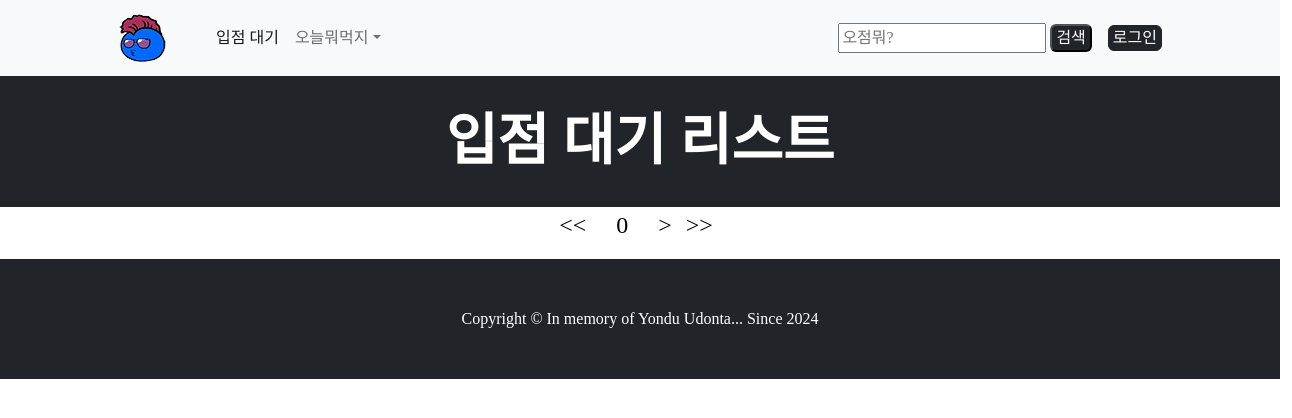
Repository: ashwan94/ydzone
Page: http://localhost/YonduZone/restaurant/vote
These files come from the project's save history. The page is drawn as it stood at one moment and after the next save; the edit follows.
The browser window is 1280 px wide. The page is 1292 px wide, so the pictures cover 1292 px, including what lies to the right of the window. The pictures show the whole page.
Some web fonts or font styles are not loaded; a fallback is used. The page is served by Tomcat 9. Other server files are loaded and not shown.

Above is the page before, as saved 2024-05-01 22:53:36.

### YonduZone/src/main/webapp/WEB-INF/views/restaurant/stanby.jsp
<%@ page language="java" contentType="text/html; charset=UTF-8"
    pageEncoding="UTF-8"%>
<%@ taglib prefix="c" uri="http://java.sun.com/jsp/jstl/core"%>

<jsp:include page="/WEB-INF/views/common/header.jsp">
	<jsp:param value="당신의 선택!" name="title"/>
	<jsp:param value="입점 대기 리스트" name="center"/>
</jsp:include>
<style>
	.voteCheck:hover{
		transform:rotate(45deg);
	}
</style>

<c:forEach var="list" items="${stanbyList}">
</div>
<div class="mt-3"></div>
	<div class="row mt-3">
		<div class="col-3"></div>
			<c:if test="${sessionScope.user.no == list.userNo }">
				<c:choose>
					<c:when test="${list.boom == 1}">
						<div class="col-6 row border rounded bg-primary">
					<div class="col-4 text-center" style="height:10vh;">
						<img class="rounded mt-2" src="${pageContext.request.contextPath }/Source/Restaurant_images/${list.fileName}" style="width:200px; height:150px; margin:2.5%;" alt="${list.fileName }"/>
						<h4 class="mt-1 btn btn-warning fs-5">${list.restaurantName }</h4>
					</div>

					<div class="col-7 m-3">
						<table class="text-center">
							<tr>
								<th>한 줄 소개</th>
								<td>${list.intro }</td>
							</tr>
							<tr>
								<th>대표 메뉴</th>
								<td>${list.menuName }</td>
							</tr>
							<tr>
								<th>가격</th>
								<td class="price">${list.price }</td>
							</tr>
							<tr>
								<th>영업 시간</th>
								<td>${list.open }</td>
							</tr>
							<tr>
								<th>연락처</th>
								<td>${list.tel }</td>
							</tr>
							<tr>
								<th>편의</th>
								<td>${list.details }</td>
							</tr>
						</table>
					</div>
					<div class="row"></div>
						<div class="col-5"></div>
							<div class="col-7 mb-3">
								<a href="/restaurant/vote?rstNo=${list.no }&userNo=${sessionScope.user.no}&boom=1&type=dislike" class="align-self-center py-2 voteCheck"><img src="${pageContext.request.contextPath }/Source/icons/dislike.png">${list.vote }</a>
					</c:when>
					<c:otherwise>
						<div class="col-6 row border rounded bg-danger">
					<div class="col-4 text-center" style="height:10vh;">
						<img class="rounded mt-2" src="${pageContext.request.contextPath }/Source/Restaurant_images/${list.fileName}" style="width:200px; height:150px; margin:2.5%;" alt="${list.fileName }"/>
						<h4 class="mt-1 btn btn-warning fs-5">${list.restaurantName }</h4>
					</div>

					<div class="col-7 m-3">
						<table class="text-center">
							<tr>
								<th>한 줄 소개</th>
								<td>${list.intro }</td>
							</tr>
							<tr>
								<th>대표 메뉴</th>
								<td>${list.menuName }</td>
							</tr>
							<tr>
								<th>가격</th>
								<td class="price">${list.price }</td>
							</tr>
							<tr>
								<th>영업 시간</th>
								<td>${list.open }</td>
							</tr>
							<tr>
								<th>연락처</th>
								<td>${list.tel }</td>
							</tr>
							<tr>
								<th>편의</th>
								<td>${list.details }</td>
							</tr>
						</table>
					</div>
					<div class="row"></div>
						<div class="col-5"></div>
							<div class="col-7 mb-3">
								<a href="/restaurant/vote?rstNo=${list.no }&userNo=${sessionScope.user.no}&boom=1&type=like" class="align-self-center py-2 voteCheck likeBtn"><img src="${pageContext.request.contextPath }/Source/icons/like.png">${list.vote }</a>
					</c:otherwise>
				</c:choose>
			</c:if>

			<c:if test="${sessionScope.user.no != list.userNo }">
				<div class="col-6 row border rounded">
					<div class="col-4 text-center" style="height:10vh;">
						<img class="rounded mt-2" src="${pageContext.request.contextPath }/Source/Restaurant_images/${list.fileName}" style="width:200px; height:150px; margin:2.5%;" alt="${list.fileName }"/>
						<h4 class="mt-1 btn btn-warning fs-5">${list.restaurantName }</h4>
					</div>

					<div class="col-7 m-3">
						<table class="text-center">
							<tr>
								<th>한 줄 소개</th>
								<td>${list.intro }</td>
							</tr>
							<tr>
								<th>대표 메뉴</th>
								<td>${list.menuName }</td>
							</tr>
							<tr>
								<th>가격</th>
								<td class="price">${list.price }</td>
							</tr>
							<tr>
								<th>영업 시간</th>
								<td>${list.open }</td>
							</tr>
							<tr>
								<th>연락처</th>
								<td>${list.tel }</td>
							</tr>
							<tr>
								<th>편의</th>
								<td>${list.details }</td>
							</tr>
						</table>
					</div>
					<div class="row"></div>
						<div class="col-5"></div>
							<div class="col-7 mb-3">
								<a href="/restaurant/vote?rstNo=${list.no }&userNo=${sessionScope.user.no}&boom=1&type=like" class="align-self-center py-2 voteCheck likeBtn"><img src="${pageContext.request.contextPath }/Source/icons/like.png">${list.vote }</a>
								<a href="/restaurant/vote?rstNo=${list.no }&userNo=${sessionScope.user.no}&boom=2&type=dislike" class="align-self-center py-2 voteCheck disLikeBtn"><img src="${pageContext.request.contextPath }/Source/icons/dislike.png">${list.vote }</a>
			</c:if>
		<div class="col-2"></div>
		</div>
	</div>
</c:forEach>

<div class="row mb-3 text-center fs-4">
<div class="col-4"></div>
<div class="col-4">
<!-- 페이지 링크 -->
<a href="/restaurant/stanby?currentPageNo=1" class="me-2">&lt;&lt;</a>
<c:if test="${pagination.currentPageNo > 1 }">
	<a href="/restaurant/stanby?currentPageNo=${pagination.currentPageNo - 1 }" class="mx-2 text-primary">&lt;</a>
</c:if>
<!-- 디자이너가 작업할 수 있도록 조치함 -->
<!-- 표시할 게시물이 없으면 '이전' button 을 표시는 하지만, 작동하지 않도록 조치 -->
<c:if test="${pagination.currentPageNo <= 1 }">
	<a href="#" class="mx-2">&lt;</a>
</c:if>

<c:forEach begin="${pagination.firstPageNoOnPageList }" end="${pagination.lastPageNoOnPageList }" var="pageNo">
	<a href="/restaurant/stanby?currentPageNo=${pageNo }" class="mx-3">${pageNo }</a>
</c:forEach>

<c:if test="${pagination.currentPageNo < pagination.totalPageCount}">
	<a href="/restaurant/stanby?currentPageNo=${pagination.currentPageNo + 1 }" class="mx-2">&gt;</a>
</c:if>

<!-- 디자이너가 작업할 수 있도록 조치함 -->
<!-- 표시할 게시물이 없으면 '다음' button 을 표시는 하지만, 작동하지 않도록 조치 -->
<c:if test="${pagination.currentPageNo >= pagination.totalPageCount }">
	<a href="#" class="mx-2">&gt;</a>
</c:if>
<a href="/restaurant/stanby?currentPageNo=${pagination.totalPageCount }" class="me-2">&gt;&gt;</a>
<div class="col-4"></div>
</div>
</div>
<jsp:include page="/WEB-INF/views/common/footer.jsp"/>

### YonduZone/src/main/webapp/WEB-INF/views/common/header.jsp
<%@ page language="java" contentType="text/html; charset=UTF-8"
	pageEncoding="UTF-8"%>
<%@ taglib prefix="c" uri="http://java.sun.com/jsp/jstl/core"%>
<!DOCTYPE html>
<html lang="en">
<head>
<meta charset="UTF-8">
<meta name="viewport"
	content="width=device-width, initial-scale=1, shrink-to-fit=no" />
<meta name="description" content="" />
<meta name="author" content="" />
<!-- Favicon-->
<link rel="icon" type="image/x-icon" href="assets/favicon.ico" />
<!-- Bootstrap icons-->
<link
	href="https://cdn.jsdelivr.net/npm/bootstrap-icons@1.5.0/font/bootstrap-icons.css"
	rel="stylesheet" />
<!-- Core theme CSS (includes Bootstrap)-->
<link href="/Bootstrap/css/styles.css" rel="stylesheet" />
<title>${param.title }</title>
<style>
	a{
		text-decoration:none;
		color:black;
	}
	a:hover{
		color:rgb(57, 151, 255);
	}

	@font-face {
    font-family: 'SUIT-Regular';
    src: url('https://cdn.jsdelivr.net/gh/projectnoonnu/noonfonts_suit@1.0/SUIT-Regular.woff2') format('woff2');
    font-weight: normal;
    font-style: normal;
	}

	* {
		font-family: 'SUIT-Regular';
	}
</style>

</head>
<body>
	<header>
		<nav class="navbar navbar-expand-lg navbar-light bg-light">
			<div class="container px-4 px-lg-5">
				<a class="navbar-brand" href="/main"><img src="${pageContext.request.contextPath }/Source/header/logo/main_logo.png" alt="Welcome to YouduZone!"></a>
				<button class="navbar-toggler" type="button" data-bs-toggle="collapse" data-bs-target="#navbarSupportedContent" aria-controls="navbarSupportedContent" aria-expanded="false" aria-label="Toggle navigation">
					<span class="navbar-toggler-icon"></span>
				</button>
				<div class="collapse navbar-collapse" id="navbarSupportedContent">
					<ul class="navbar-nav me-auto mb-2 mb-lg-0 ms-lg-4">
						<li class="nav-item">
							<a class="nav-link active" aria-current="page" href="/restaurant/stanby?userNo=${sessionScope.user.no }" data-value="${sessionScope.user.no }" id="stanbyRestaurant">입점 대기</a>
						</li>
						<li class="nav-item dropdown">
                            <a class="nav-link dropdown-toggle" id="navbarDropdown" href="#" role="button" data-bs-toggle="dropdown" aria-expanded="false">오늘뭐먹지</a>
                            <ul class="dropdown-menu text-center" aria-labelledby="navbarDropdown">
                                <li><a class="dropdown-item" href="/restaurant/category?category=밥">밥</a></li>
                                <li><a class="dropdown-item" href="/restaurant/category?category=국/찌개">국/찌개</a></li>
                                <li><a class="dropdown-item" href="/restaurant/category?category=면/분식">면/분식</a></li>
                                <li><a class="dropdown-item" href="/restaurant/category?category=야식">야식</a></li>
                            </ul>
                        </li>
					</ul>

					<form action="/restaurant/search" method="get" class="d-flex">
						<label>
							<input type="text" name="searchWord" placeholder="오점뭐?" id="searchBar">
							<button type="submit" class="badge bg-dark text-white fs-6 rounded-25 p-1 fw-normal me-3">검색</button>
						</label>
					</form>
					<c:choose>
						<c:when test="${not empty sessionScope.user }">
							<a href="/restaurant/add" class="badge d-flex bg-dark text-white mx-2 p-1 rounded-25 fs-6 fw-normal">밥집 추가</a>
							<a href="/user/view"><span class="badge bg-dark text-white p-1 rounded-25 fs-6 fw-normal me-2">${sessionScope.user.nickName } 님</span></a>
							<form action="/logout" method="get">
								<button type="submit" class="d-flex badge bg-dark text-white p-1 rounded-25 fs-6 fw-normal">로그아웃</button>
							</form>
						</c:when>
						<c:otherwise>
							<form action="/login" method="get" class="d-flex">
								<button type="submit" class="badge btn btn-outline-dark bg-dark text-white p-1 rounded-25 fs-6 fw-normal">로그인</button>
							</form>
							<input type="hidden" id="loginCheck" value="${empty sessionScope.user }">
						</c:otherwise>
					</c:choose>
				</div>
			</div>
		</nav>
		<div class="container-fluid bg-dark p-3">
			<div class="text-center text-white my-3">
				<h1 class="display-4 fw-bolder">${param.center }</h1>
				<p class="lead fw-normal text-white-50 mb-0">${param.content }</p>
			</div>
		</div>
	</header>

### YonduZone/src/main/webapp/WEB-INF/views/common/footer.jsp
<%@ page language="java" contentType="text/html; charset=UTF-8"
	pageEncoding="UTF-8"%>
<footer class="py-5 bg-dark">
<div class="container">
	<p class="m-0 text-center text-white">Copyright &copy; In memory of Yondu Udonta... Since 2024</p>
</div>
</footer>
<!-- Bootstrap core JS-->
<script src="https://cdn.jsdelivr.net/npm/bootstrap@5.3.3/dist/js/bootstrap.bundle.min.js"></script>
<!-- Core theme JS-->
<script src="/Bootstrap/js/scripts.js"></script>
<script>
	const priceEl = document.querySelectorAll(".price");

	priceEl.forEach(el => {
		if(el == null) {
			console.log("There are no any price elements");
		} else{
			el.innerText = parseInt(el.innerText).toLocaleString() + "원";
		}
	})

	/* const searchBar = document.querySelector("#searchBar");
	searchBar.select(); */

	const loginCheck = document.querySelector("#loginCheck");
	const stanbyRestaurant = document.querySelector("#stanbyRestaurant");

	stanbyRestaurant.addEventListener("click", function(e) {
		e.preventDefault();

		if(loginCheck) {
			alert("로그인 이후 이용 가능합니다.");
			location.href = "/login";
		}else{
			location.href = "/restaurant/stanby?userNo=" + stanbyRestaurant.getAttribute("data-value");
		}
	})
</script>
</body>
</html>

### YonduZone/src/main/java/restaurant/RestaurantVote.java
package restaurant;

import java.io.IOException;
import java.io.PrintWriter;
import java.net.URLEncoder;

import javax.servlet.ServletContext;
import javax.servlet.ServletException;
import javax.servlet.annotation.WebServlet;
import javax.servlet.http.HttpServlet;
import javax.servlet.http.HttpServletRequest;
import javax.servlet.http.HttpServletResponse;

import org.apache.ibatis.session.SqlSession;
import org.json.simple.JSONObject;

import common.SearchVO;

@WebServlet("/restaurant/vote")
public class RestaurantVote extends HttpServlet {
	private RestaurantService service;

	@Override
	public void init() throws ServletException {
		ServletContext servletContext = getServletContext();
		SqlSession session = (SqlSession) servletContext.getAttribute("sqlSession");
		this.service = new RestaurantService(session);
	}

	protected void doGet(HttpServletRequest request, HttpServletResponse response)
			throws ServletException, IOException {
		String userNoParam = request.getParameter("userNo");
		String rstNoParam = request.getParameter("rstNo");
		String boomParam = request.getParameter("boom");
		String type = request.getParameter("type");
		String msg = "";

		if (rstNoParam != null && userNoParam != null) {
			int result = 0;
			int userNo = Integer.parseInt(userNoParam);
			int rstNo = Integer.parseInt(rstNoParam);
			int boom = Integer.parseInt(boomParam);
			int voteCnt = 0;
			int voteResult = 0;

			// view 에서 전달받은 userNo, rstNo 가 DB 에 유효한 data 인지 check
			SearchVO voteCheck = service.voteCheck(new SearchVO(userNo, rstNo));
			System.out.println("stanby 에서 선택된 <a> data 가 DB 에 있는지 check");
			System.out.println(voteCheck);

			if (voteCheck == null) {
				// USERS 와 RESTAURANT 의 BRIDGE 인 STANBY 에 새로운 data 추가
				int makeBoom = service.makeBoom(new SearchVO(userNo, rstNo));
				System.out.println("STANBY table 에 User 가 선택한 data 저장 성공!");
			}

			if (type.equals("like")) {
				result = service.doLike(new SearchVO(userNo, rstNo));
				voteResult = service.voteUp(rstNo); // Restaurant 의 vote 를 UP
				voteCnt = service.countVote(rstNo); // Restaurant 의 vote 개수 check
				System.out.println("좋아요 처리 완료");

				int updateLog = 0;
				int deleteLog = 0;

				if (voteCnt >= 3) {
					// Restaurant 의 vote 개수가 3개 이상이면 STATE 가 STANBY 인 매장을 ADMIT 으로 변경
					updateLog = service.changeState(rstNo);
				}
			} else {
				result = service.doDislike(new SearchVO(userNo, rstNo));
				voteResult = service.voteDown(rstNo);
				System.out.println("싫어요 처리 완료");
			}

			if (result > 0 && voteResult > 0) {
				response.sendRedirect("/restaurant/stanby?userNo=" + userNo);
			} else {
				msg = URLEncoder.encode("이미 투표하셨습니다.", "UTF-8");
				response.sendRedirect("/restaurant/stanby?msg=" + msg);
			}

		} else {
			msg = "요청하신 정보가 없습니다.";
			request.setAttribute("msg", msg);
			request.getRequestDispatcher("/WEB-INF/views/restaurant/stanby.jsp").forward(request, response);
		}
	}
}

Loaded but not shown: YonduZone/src/main/webapp/Bootstrap/css/styles.css (library); YonduZone/src/main/webapp/Bootstrap/js/scripts.js (common file)

After the next save:
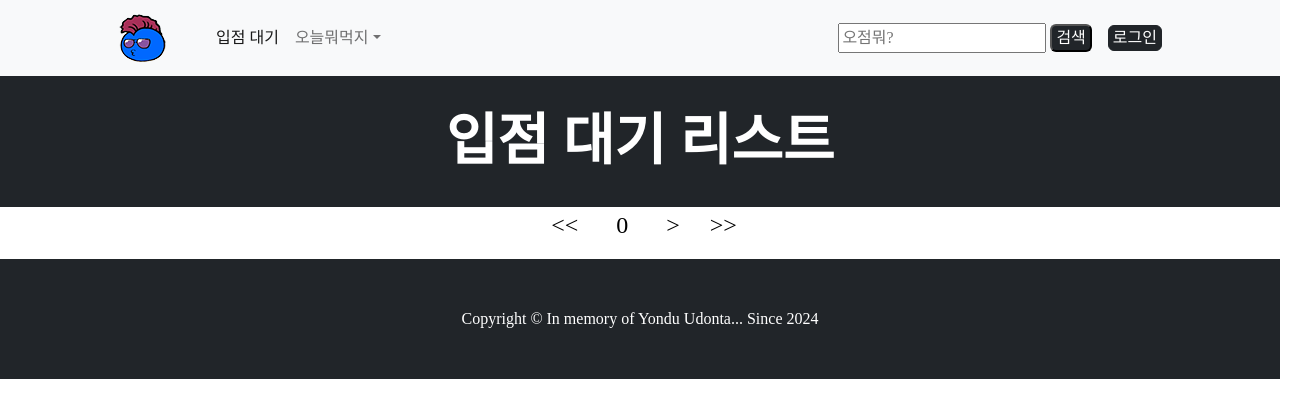
Saved 19 s later.
--- a/YonduZone/src/main/webapp/WEB-INF/views/restaurant/stanby.jsp
+++ b/YonduZone/src/main/webapp/WEB-INF/views/restaurant/stanby.jsp
@@ -152,14 +152,14 @@
 <div class="col-4"></div>
 <div class="col-4">
 <!-- 페이지 링크 -->
-<a href="/restaurant/stanby?currentPageNo=1" class="me-2">&lt;&lt;</a>
+<a href="/restaurant/stanby?currentPageNo=1" class="mx-3">&lt;&lt;</a>
 <c:if test="${pagination.currentPageNo > 1 }">
-	<a href="/restaurant/stanby?currentPageNo=${pagination.currentPageNo - 1 }" class="mx-2 text-primary">&lt;</a>
+	<a href="/restaurant/stanby?currentPageNo=${pagination.currentPageNo - 1 }" class="mx-3 text-primary">&lt;</a>
 </c:if>
 <!-- 디자이너가 작업할 수 있도록 조치함 -->
 <!-- 표시할 게시물이 없으면 '이전' button 을 표시는 하지만, 작동하지 않도록 조치 -->
 <c:if test="${pagination.currentPageNo <= 1 }">
-	<a href="#" class="mx-2">&lt;</a>
+	<a href="#" class="mx-3">&lt;</a>
 </c:if>
 
 <c:forEach begin="${pagination.firstPageNoOnPageList }" end="${pagination.lastPageNoOnPageList }" var="pageNo">
@@ -167,15 +167,15 @@
 </c:forEach>
 
 <c:if test="${pagination.currentPageNo < pagination.totalPageCount}">
-	<a href="/restaurant/stanby?currentPageNo=${pagination.currentPageNo + 1 }" class="mx-2">&gt;</a>
+	<a href="/restaurant/stanby?currentPageNo=${pagination.currentPageNo + 1 }" class="mx-3">&gt;</a>
 </c:if>
 
 <!-- 디자이너가 작업할 수 있도록 조치함 -->
 <!-- 표시할 게시물이 없으면 '다음' button 을 표시는 하지만, 작동하지 않도록 조치 -->
 <c:if test="${pagination.currentPageNo >= pagination.totalPageCount }">
-	<a href="#" class="mx-2">&gt;</a>
+	<a href="#" class="mx-3">&gt;</a>
 </c:if>
-<a href="/restaurant/stanby?currentPageNo=${pagination.totalPageCount }" class="me-2">&gt;&gt;</a>
+<a href="/restaurant/stanby?currentPageNo=${pagination.totalPageCount }" class="mx-2">&gt;&gt;</a>
 <div class="col-4"></div>
 </div>
 </div>
